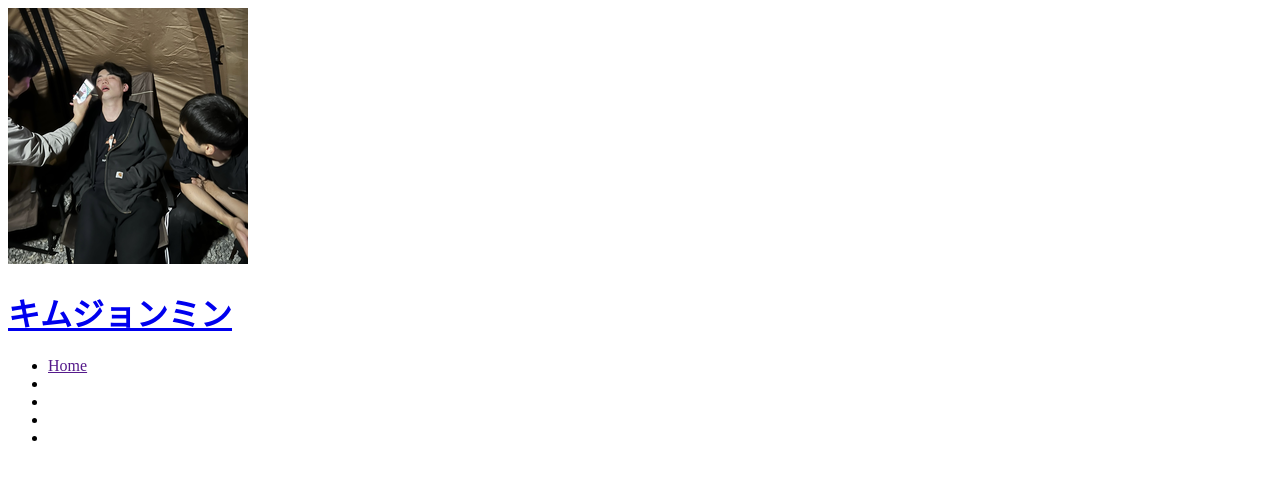
Repository: N1C0N1C0/Portfolio
Page: index.html
The author's editor kept a copy of each file at every save. The page is drawn from the files as they stood at one save, then again after the next save.
The browser window is 1280 px wide. The pictures show the whole page.
Some web libraries are served in a nearby version.

Above is the page before, as saved 2023-12-11 21:26:23.

After the next save:
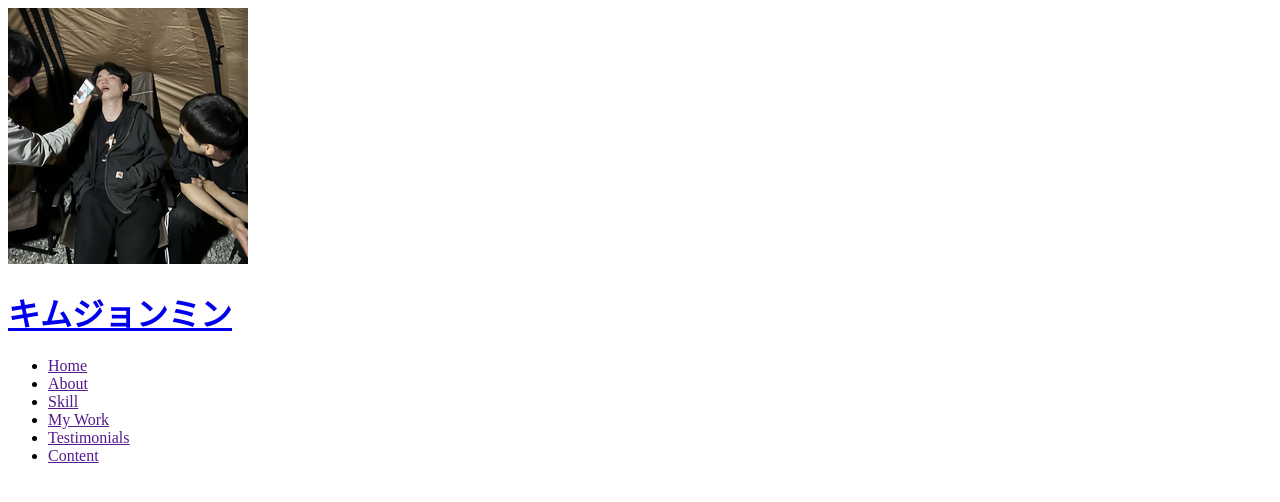
Saved 26 s later.
--- a/index.html
+++ b/index.html
@@ -39,10 +39,11 @@
         <nav>
             <ul>
                 <li><a href="">Home</a></li>
-                <li><a href=""></a></li>
-                <li><a href=""></a></li>
-                <li><a href=""></a></li>
-                <li><a href=""></a></li>
+                <li><a href="">About</a></li>
+                <li><a href="">Skill</a></li>
+                <li><a href="">My Work</a></li>
+                <li><a href="">Testimonials</a></li>
+                <li><a href="">Content</a></li>
             </ul>
         </nav>
     </header>
